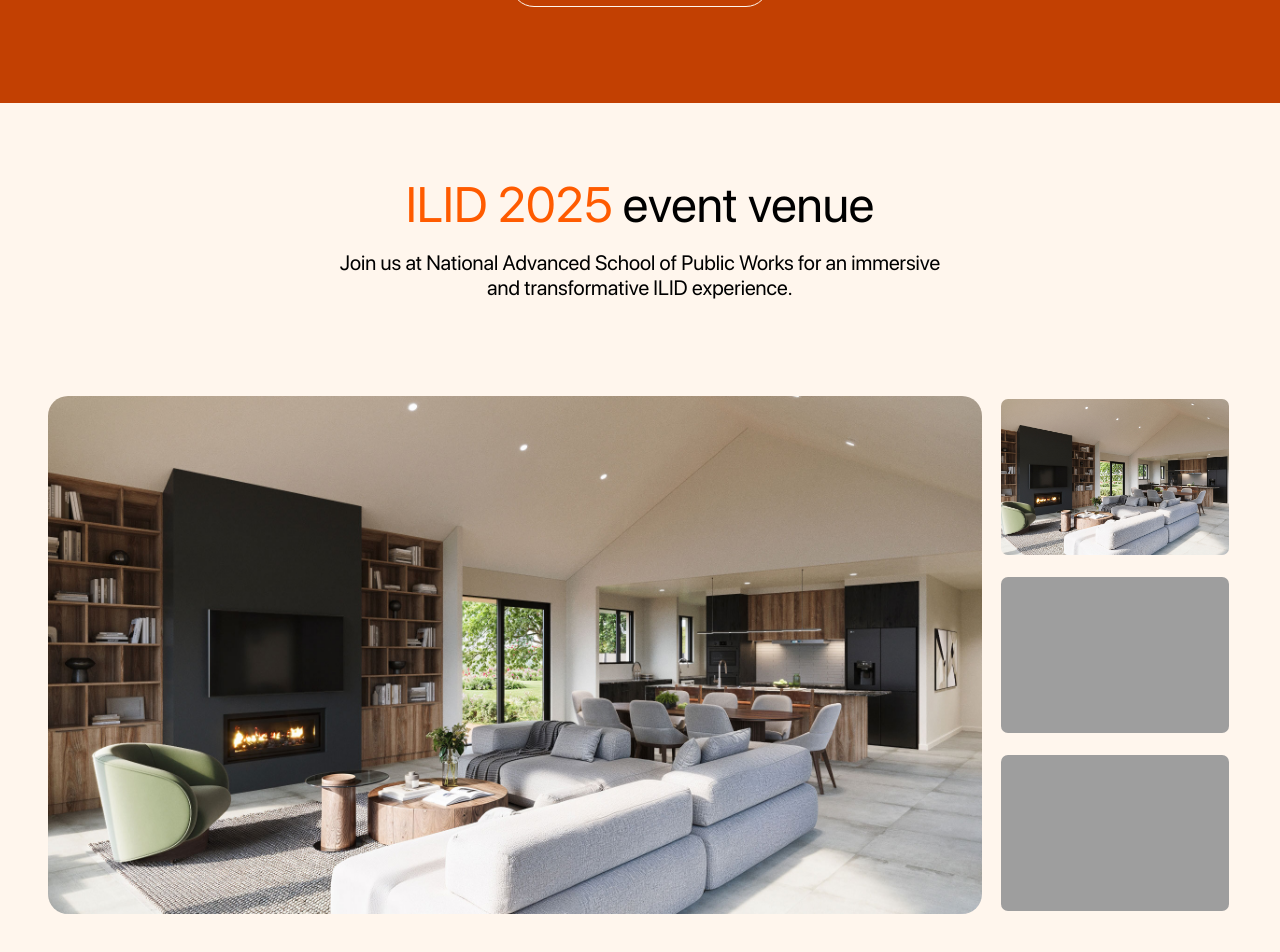
Repository: ilidevent/ilidwebsite
Page: /
These files come from the project's save history. The page is drawn as it stood at one moment and after a run of saves; the edit follows.
The browser window is 1280 px wide. The pictures show the part of the page from y = 4052 to 5004 px (the page is 5209 px tall).
Pictures or frames that could not be fetched are drawn as grey boxes. The project was rebuilt for these pictures with package versions that can differ from the ones it lists, and the page was loaded fresh each time. The framework's server and built-in components were replaced by stand-ins that run in the browser. Also part of the build but not shown: next.config.ts.

Above is the page before, as saved 2025-03-13 21:22:21.

After the next 2 saves:
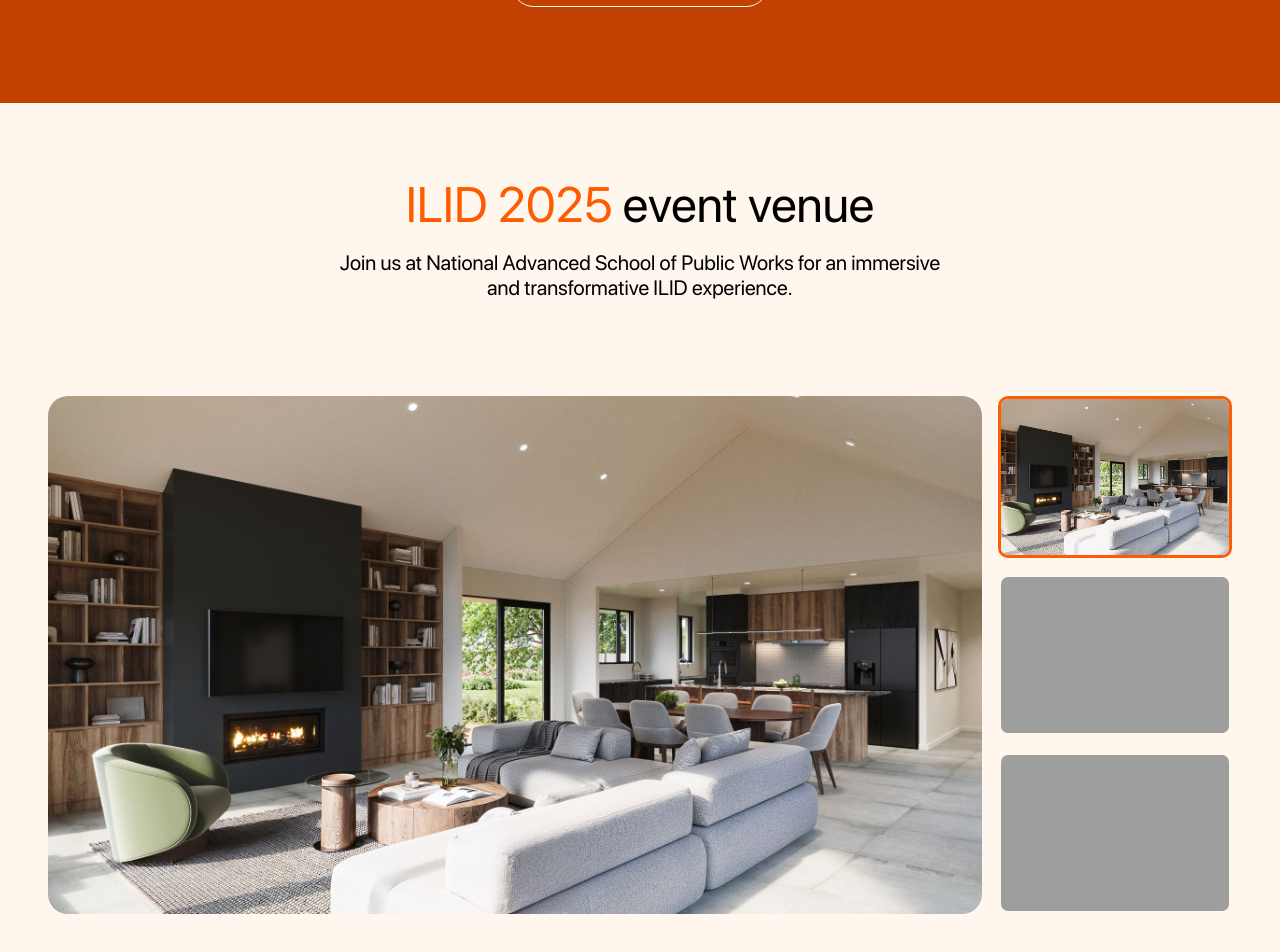
The 2 saves are shown as one change because they came seconds apart.
The last was saved 18 s later.
--- a/styles/ReUsables/venuewrapper.module.scss
+++ b/styles/ReUsables/venuewrapper.module.scss
@@ -52,6 +52,10 @@
   cursor: pointer;
   border: 3px solid transparent;
   transition: border 0.7s ease;
+
+  &.active__image{
+    border: 3px solid var(--orange);
+  }
 }
 
 .venueimagetwo{
@@ -59,10 +63,6 @@
   height: 100%;
   position: relative;
 
-  &.active__image{
-    border: 3px solid var(--orange);
-  }
-
   img{
     object-fit: cover;
   }
